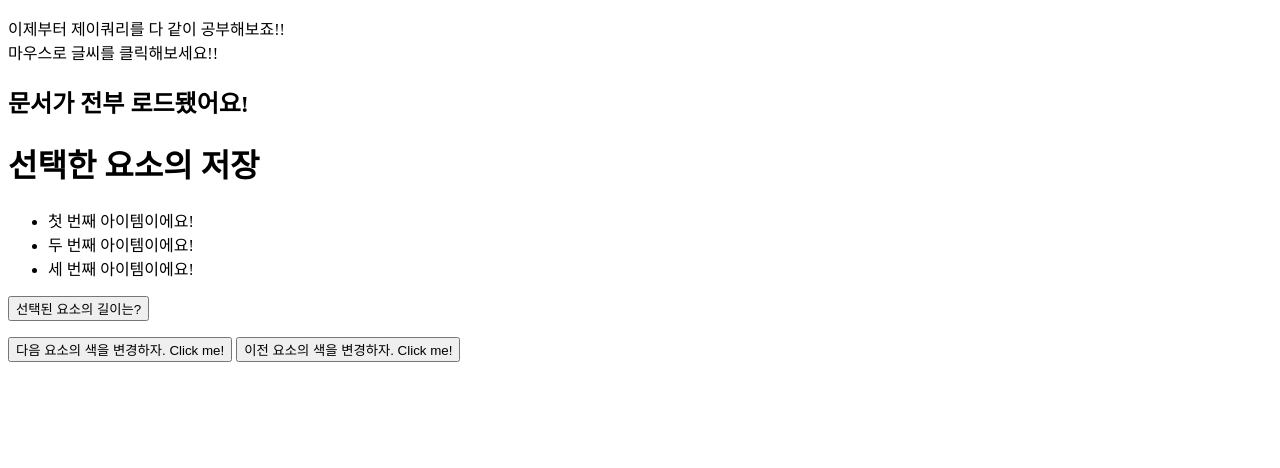
Repository: kokoko12334/sms
Page: http://localhost/test
The author's editor kept a copy of each file at every save. The page is drawn from the files as they stood at one save, then again after the next save.
The browser window is 1280 px wide. The pictures show the whole page.
The page is this project's Thymeleaf template; nobody is signed in. The template is opened directly, without the code that normally fills it, so the values that code supplies are empty.

Above is the page before, as saved 2023-05-27 08:34:35.
Console error: TypeError: e.indexOf is not a function

After the next save:
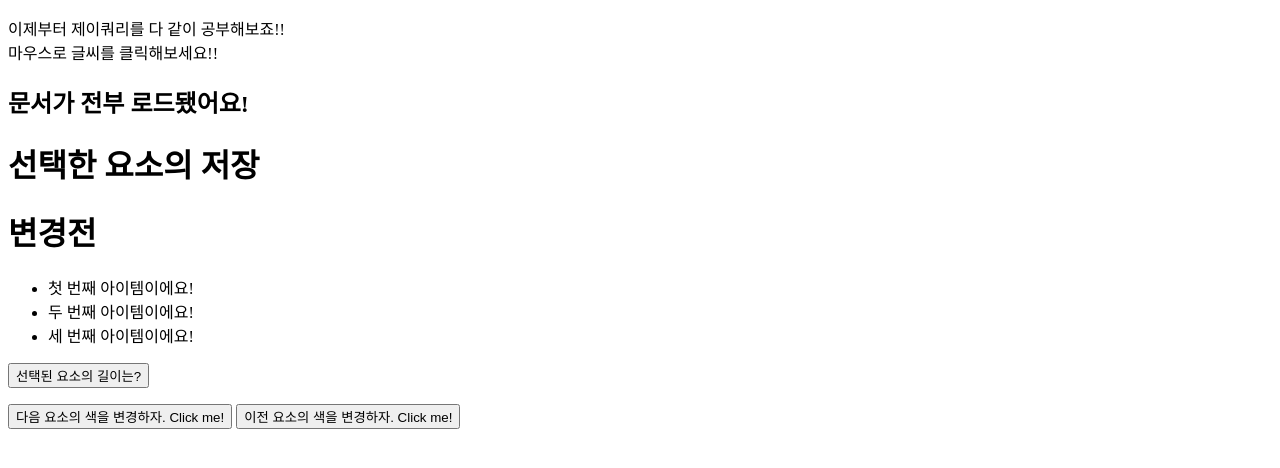
Saved 3 min 27 s later.
--- a/workspace_spring2/bankingdemo/src/main/resources/templates/test.html
+++ b/workspace_spring2/bankingdemo/src/main/resources/templates/test.html
@@ -15,7 +15,7 @@
 	<h2 id = "win" class = "t"></h2>
 
 	<h1>선택한 요소의 저장</h1>
-
+	<h1 id = "text">변경전</h1>
 	<ul>
 		<li>첫 번째 아이템이에요!</li>
 		<li>두 번째 아이템이에요!</li>
@@ -61,6 +61,20 @@ $(function() {
 		   $(this).prev().css('color', 'red');
 		});
 
+
+		$("button").on("click", function() {
+
+			      var newText = $("h1").html(); // <h1>요소의 텍스트를 읽어오는 getter 메소드
+
+			      $("#text").html(newText);     // id가 "text"인 요소에 새로운 텍스트를 설정하는 setter 메소드
+
+			    });
+
+
+
+
+
+
 });
 
 
